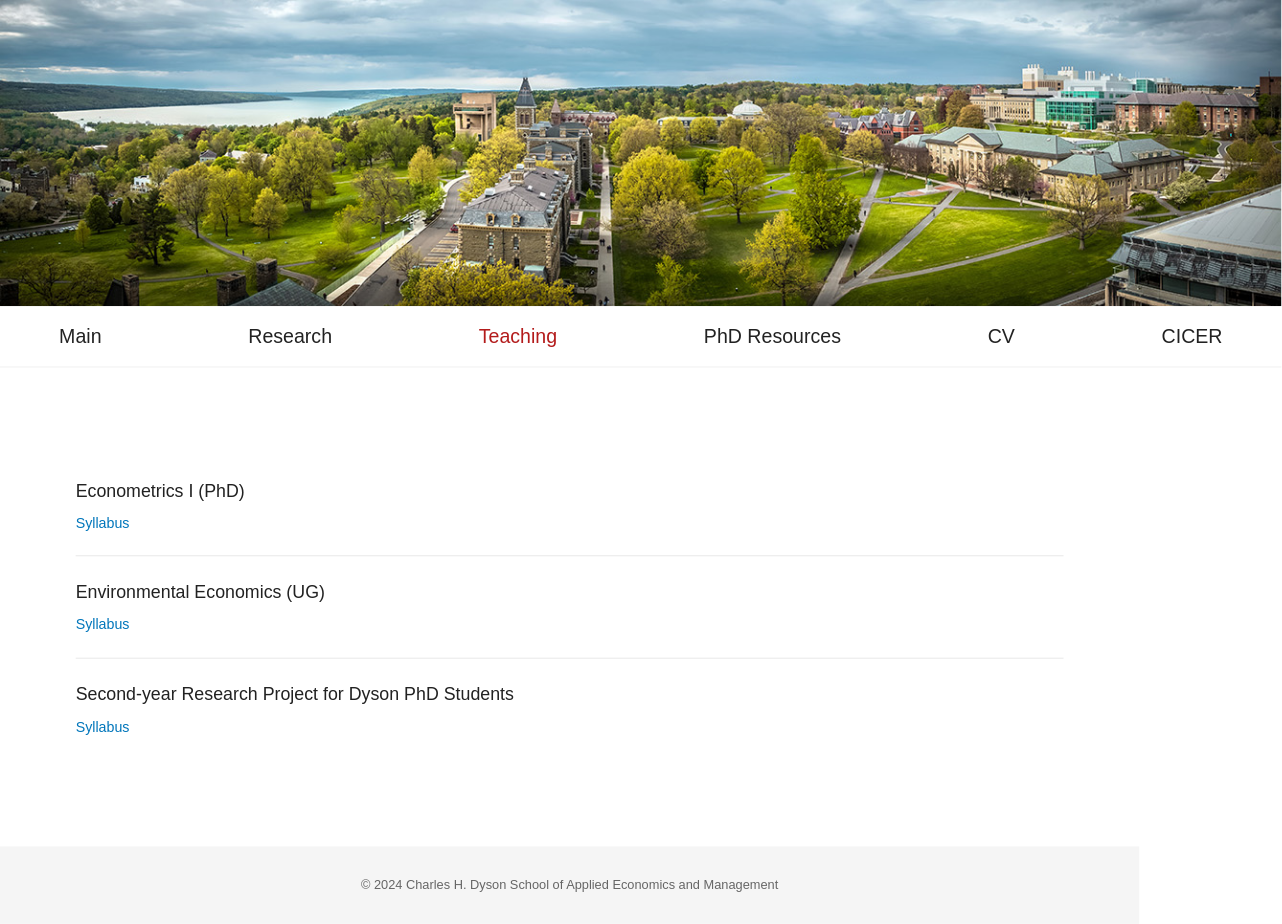
Repository: huang-heavenly-Emperor/k1_project
Page: teaching.html
These files come from the project's save history. The page is drawn as it stood at one moment and after a run of saves; the edit follows.
The browser window is 1280 px wide. The page is 1440 px wide, so the pictures cover 1440 px, including what lies to the right of the window. The pictures show the whole page, at 89% of full size.

Above is the page before, as saved 2024-11-17 06:14:24.

### teaching.html
<!DOCTYPE html>
<html lang="en">

<head>
    <meta charset="UTF-8">
    <meta name="viewport" content="width=device-width, initial-scale=1.0">
    <title>Teaching - Cornell University</title>
    <link rel="stylesheet" href="reset.css">
    <link rel="stylesheet" href="common.css">
    <link rel="stylesheet" href="teaching.css">
</head>

<body>
    <header class="site-header">
        <div class="banner">
            <img src="images/Cornell University Ithaca Campus.jpg" alt="Cornell University Campus Panorama"
                class="banner-img">
        </div>
        <nav class="main-nav">
            <div class="nav-container">
                <ul class="nav-list">
                    <li><a href="./index.html">Main</a></li>
                    <li><a href="./research.html">Research</a></li>
                    <li><a href="./teaching.html" class="active">Teaching</a></li>
                    <li><a href="#">PhD Resources</a></li>
                    <li><a href="#">CV</a></li>
                    <li><a href="#">CICER</a></li>
                </ul>
            </div>
        </nav>
    </header>

    <main class="main-container">
        <section class="courses">
            <div class="course-item">
                <h2>Econometrics I (PhD)</h2>
                <a href="#" class="syllabus-link">Syllabus</a>
            </div>

            <div class="course-item">
                <h2>Environmental Economics (UG)</h2>
                <a href="#" class="syllabus-link">Syllabus</a>
            </div>

            <div class="course-item">
                <h2>Second-year Research Project for Dyson PhD Students</h2>
                <a href="#" class="syllabus-link">Syllabus</a>
            </div>
        </section>
    </main>

    <footer class="footer">
        <div class="footer-container">
            <p>© 2024 Charles H. Dyson School of Applied Economics and Management</p>
        </div>
    </footer>
</body>

</html>

### reset.css
/* Reset CSS */
*, *::before, *::after {
    margin: 0;
    padding: 0;
    box-sizing: border-box;
}

html, body {
    height: 100%;
    font-size: 16px;
    line-height: 1.5;
    -webkit-font-smoothing: antialiased;
    -moz-osx-font-smoothing: grayscale;
}

body {
    font-family: Arial, sans-serif;
    color: #333;
}

ul, ol {
    list-style: none;
}

a {
    text-decoration: none;
    color: inherit;
}

img {
    max-width: 100%;
    height: auto;
    display: block;
}

button, input, select, textarea {
    font: inherit;
    color: inherit;
}

h1, h2, h3, h4, h5, h6 {
    font-size: inherit;
    font-weight: inherit;
}

### common.css
/* Header Styles */
.site-header {
  position: relative;
  width: 1440px;
  height: max-content;
  margin: 0 auto;
  overflow: hidden;
}

.banner {

  overflow: hidden;
  position: relative;
}

.banner img {
  width: 100%;
  height: 100%;
  object-fit: cover;
}

/* Navigation Styles */
nav {
  background-color: var(--background-color);
  border-bottom: 1px solid var(--border-color);
}

nav ul {
  display: flex;
  justify-content: space-around;
  align-items: center;
  gap: 2rem;
  padding: 1rem 0;
  list-style: none;
}

nav a {
  text-decoration: none;
  color: var(--text-color);
  font-weight: 500;
  font-size: 22px;
  padding: 0.5rem 0;
  transition: color 0.3s;
}

nav a:hover,
nav a.active {
  color: var(--primary-color);
}

### teaching.css
/* Base Styles */
:root {
    --primary-color: #B31B1B;
    --text-color: #222;
    --link-color: #0076BB;
    --background-color: #fff;
    --border-color: #e5e5e5;
}

body {
    font-family: Arial, sans-serif;
    line-height: 1.6;
    color: var(--text-color);
    background-color: var(--background-color);
}

.main-container {
    max-width: 1150px;
    padding: 3rem 20px;
    margin: 50px auto;
}



.course-item {
    padding: 1.5rem 0;
    border-bottom: 1px solid var(--border-color);
}

.course-item:last-child {
    border-bottom: none;
}

.course-item h2 {
    font-size: 1.25rem;
    font-weight: 500;
    margin-bottom: 0.5rem;
}

.syllabus-link {
    color: var(--link-color);
    text-decoration: none;
    font-weight: 500;
    transition: color 0.3s;
}

.syllabus-link:hover {
    color: var(--primary-color);
}

/* Footer Styles */
.footer {
    background-color: #f5f5f5;
    padding: 2rem 0;
    margin-top: 3rem;
    text-align: center;
    font-size: 0.9rem;
    color: #666;
}

/* Responsive Design */
@media (max-width: 768px) {
    .banner {
        height: 300px;
    }

    .nav-list {
        flex-wrap: wrap;
        justify-content: center;
        gap: 1rem;
    }

    .course-item h2 {
        font-size: 1.1rem;
    }
}

@media (max-width: 480px) {
    .banner {
        height: 200px;
    }
}

After the next 3 saves:
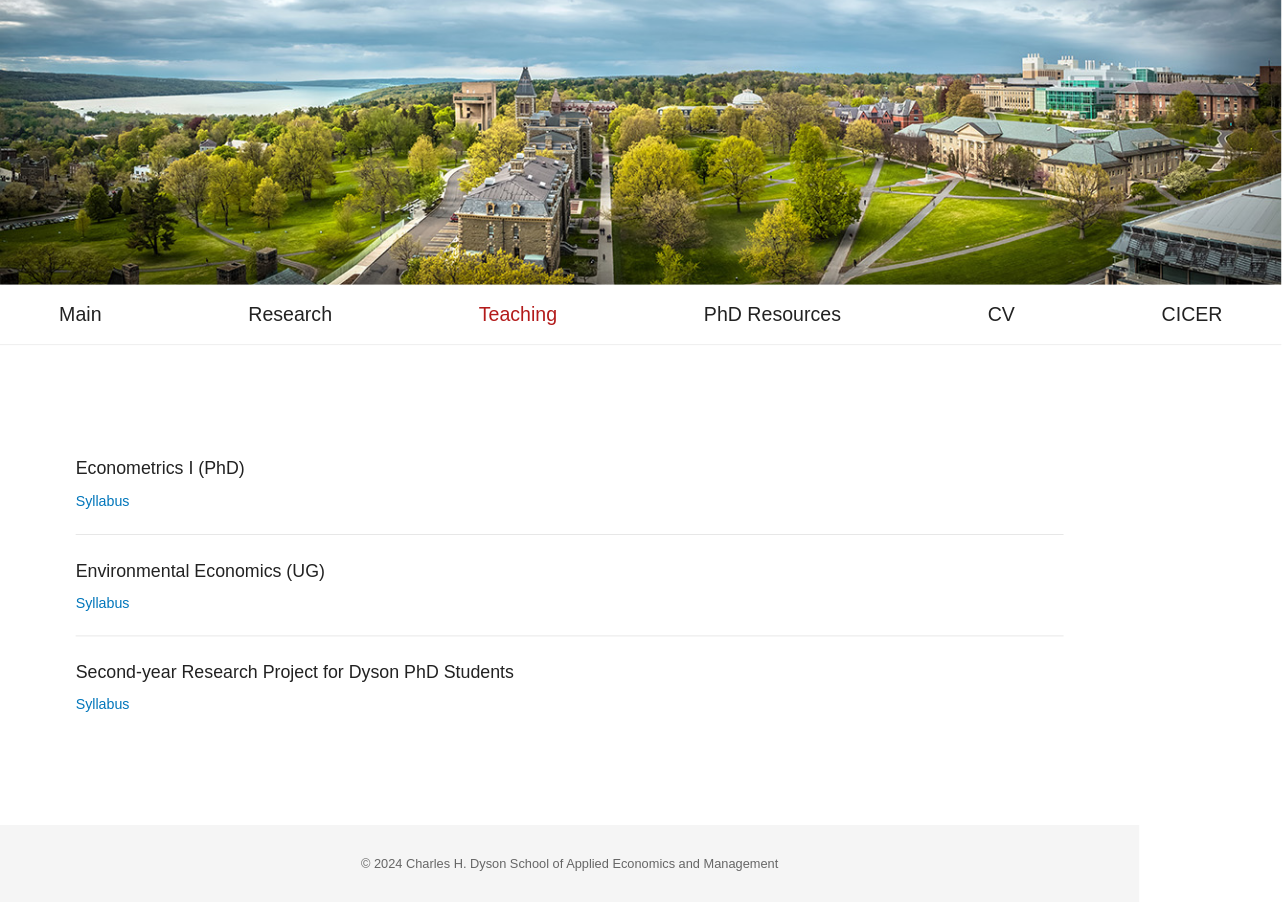
The 3 saves are shown as one change because they came seconds apart.
The last was saved 13 s later.
--- a/common.css
+++ b/common.css
@@ -8,7 +8,7 @@
 }
 
 .banner {
-
+  height: 320px;
   overflow: hidden;
   position: relative;
 }
